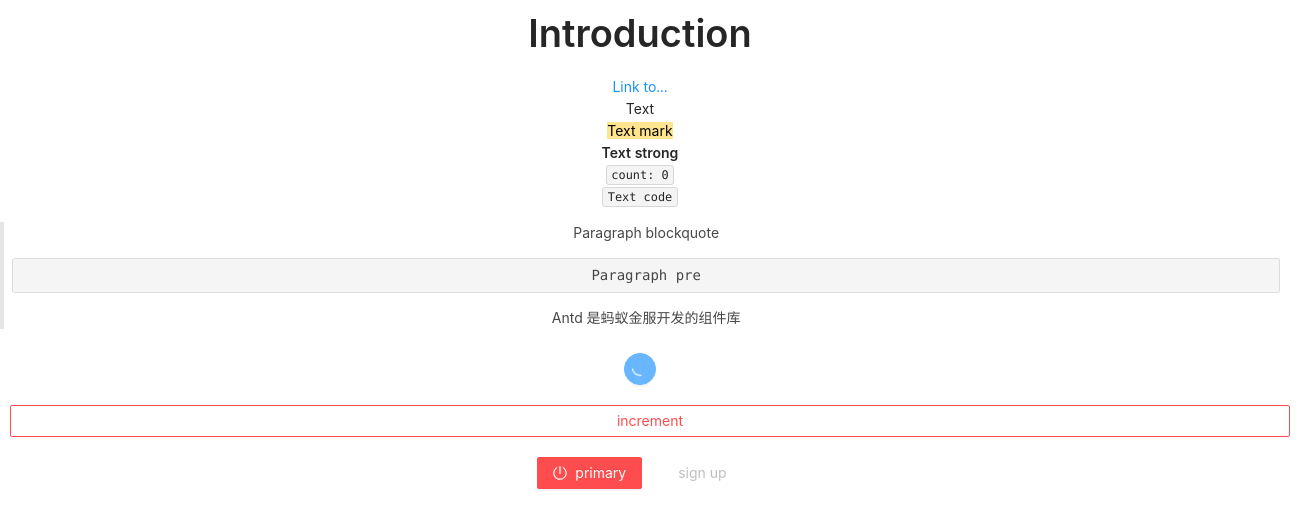
Repository: ErosHai/antd-demo
Page: /
These files come from the project's save history. The page is drawn as it stood at one moment and after a run of saves; the edit follows.
The browser window is 1280 px wide. The page is 1300 px wide, so the pictures cover 1300 px, including what lies to the right of the window. The pictures show the whole page.
The project was rebuilt for these pictures with package versions that can differ from the ones it lists, and the page was loaded fresh each time.

Above is the page before, as saved 2022-04-12 15:31:54.

After the next 2 saves:
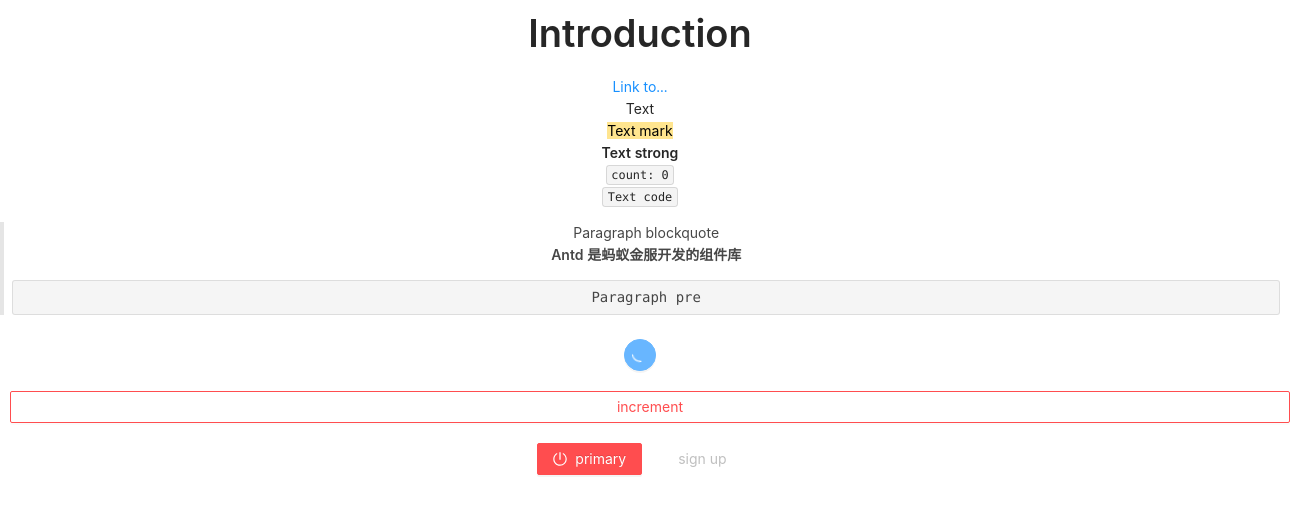
The 2 saves are shown as one change because they came seconds apart.
The last was saved 15 s later.
--- a/src/App.js
+++ b/src/App.js
@@ -23,9 +23,8 @@ function App() {
 			<Paragraph>
 				<blockquote>
 					Paragraph blockquote
-					<Text strong></Text>
+					<Text strong> {blockContent} </Text>
 					<pre>Paragraph pre</pre>
-					{blockContent}
 				</blockquote>
 			</Paragraph>
 
